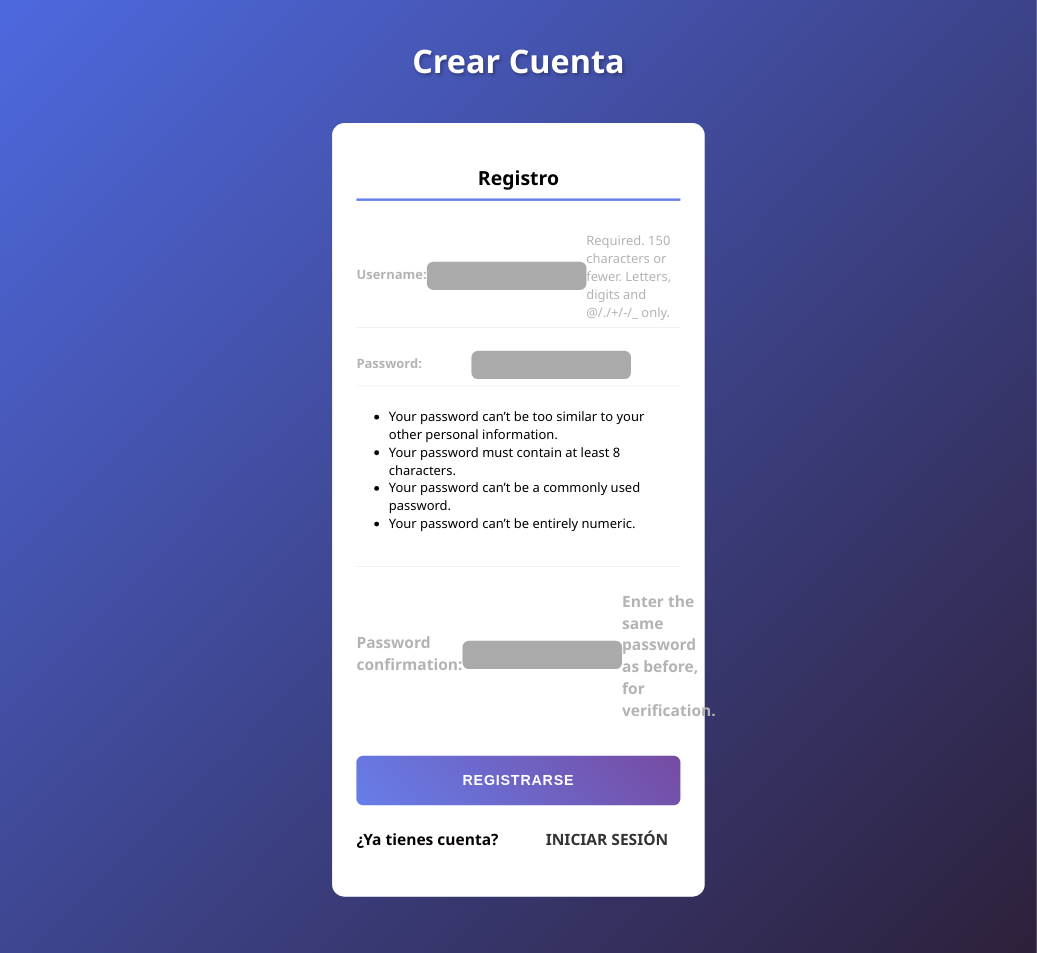
Repository: RoyScc/Practico-Django
Page: http://localhost/register/
An editor plug-in stored every save of this project. The page is shown before and after the next save, followed by the edit.
The browser window is 1280 px wide. The pictures show the whole page, at 81% of full size.
The page is served by the project's application, run on Django 5.2 (manage.py). Other server files are loaded and not shown.

Above is the page before, as saved 2026-05-27 09:46:33.

### tickets/templates/tickets/register.html
{% extends 'tickets/base.html' %}

{% block title %} Registro {% endblock %}

{% block body %}
{{ form.errors }}

<h1>Crear Cuenta</h1>
<div class="register-container">

    <h2 class="h3">Registro</h2>

    <form method="POST">

        {% csrf_token %}

        <div class="form-group">
           {{ form.as_p }}
        </div>

        <button type="submit">
            Registrarse
        </button>

    </form>

    <p class="pcartelera">
        ¿Ya tienes cuenta?
        <a href="{% url 'login' %}">
            Iniciar sesión
        </a>
    </p>


</div>

{% endblock %}

### tickets/templates/tickets/base.html
{% load static %}

<!DOCTYPE html>
<html lang="es">
<head>
    <meta charset="UTF-8">
    <meta name="viewport" content="width=device-width, initial-scale=1.0">

    <link rel="stylesheet" href="{% static 'tickets/styles.css' %}">

    <link rel="icon" href="{% static 'tickets/images/cine.png' %}" type="image/png">

    <title>{% block title %}Tickets{% endblock %}</title>
</head>

<body>

    <!-- NAVBAR -->
    {% if not hide_nav %}
    <nav class="navbar2">

        <!-- SIEMPRE visible -->
        <a href="{% url 'cine' %}">
            Cine
        </a>

        <!-- SOLO USUARIO LOGUEADO -->
        {% if user.is_authenticated %}

            <a href="{% url 'lista_metodos' %}">
                Métodos
            </a>

            <a href="{% url 'crear_metodo_pago' %}">
                Crear método de pago
            </a>

            <a href="{% url 'logout' %}">
                Cerrar sesión
            </a>

        {% else %}

            <a href="{% url 'login' %}">
                Login
            </a>

            <a href="{% url 'register' %}">
                Registro
            </a>

        {% endif %}

    </nav>
    {% endif %}

    <!-- CONTENIDO -->
    <main>
        {% block body %}
        {% endblock %}
    </main>

</body>
</html>

### tickets/forms.py
from django import forms
from django.shortcuts import render, redirect
from django.contrib.auth import login
from .models import MetodoPago

from django.contrib.auth.forms import UserCreationForm
from django.contrib.auth.models import User

def register_view(request):

    if request.method == "POST":
        form = RegistroForm(request.POST)

        if form.is_valid():
            user = form.save()   # crea usuario
            login(request, user) # lo loguea
            return redirect("index")

    else:
        form = RegistroForm()

    return render(request, "tickets/register.html", {
        "form": form,
        "hide_nav": True
    })
class RegistroForm(UserCreationForm):
    class Meta:
        model = User
        fields = ['username', 'password1', 'password2']

class MetodoPagoForm(forms.ModelForm):
    class Meta:
        model = MetodoPago
        fields = ['nombre', 'tipo', 'banco']

### tickets/views.py
from django.shortcuts import render, redirect
from .models import Tickets, MetodoPago
from .forms import MetodoPagoForm
from django.contrib.auth.decorators import login_required
from django.contrib.auth import login, logout
from django.contrib.auth.forms import AuthenticationForm
from django.contrib.auth import authenticate
from .forms import RegistroForm

# Create your views here.

# def index(request):
#     tickets = Tickets.objects.filter(tipo="cine")
#     return render(request, 'tickets/index.html', {'tickets': tickets})
@login_required
def cine(request):
    tickets = Tickets.objects.filter(tipo__icontains="cine")
    return render(request, 'tickets/cine.html', {'tickets': tickets})

@login_required
def tickets(request):
    todos_los_tickets = Tickets.objects.all()
    return render(request, 'tickets/todos_los_tickets.html', {'tickets': todos_los_tickets})

@login_required
def crear_metodo_pago(request):
    if request.method == 'POST':
        form = MetodoPagoForm(request.POST)
        if form.is_valid():
            form.save()
            return redirect('lista_metodos')
    else:
        form = MetodoPagoForm()
    return render(request, 'tickets/crear_metodo_pago.html', {'form': form})

from django.shortcuts import get_object_or_404

@login_required
def lista_metodos_pago(request):
    metodos = MetodoPago.objects.all()
    return render(request, 'tickets/lista_metodos.html', {'metodos': metodos})

@login_required
def editar_metodo(request, id):
    metodo = get_object_or_404(MetodoPago, id=id)
    if request.method == 'POST':
        form = MetodoPagoForm(request.POST, instance=metodo)
        if form.is_valid():
            form.save()
            return redirect('lista_metodos')
    else:
        form = MetodoPagoForm(instance=metodo)
    return render(request, 'tickets/crear_metodo_pago.html', {'form': form})

@login_required
def borrar_metodo(request, id):
    metodo = get_object_or_404(MetodoPago, id=id)
    if request.method == 'POST':
        metodo.delete()
        return redirect('lista_metodos')
    return render(request, 'tickets/borrar_metodo.html', {'metodo': metodo})

#Registro de usuarios
def register_view(request):
    if request.method == 'POST':
        form = RegistroForm(request.POST)

        if form.is_valid():
            user = form.save()
            login(request, user)
            return redirect('cine')

    else:
        form = RegistroForm()

    return render(request, 'tickets/register.html', {
        'form': form,
        'hide_nav': True
    })


#Login de usuarios
def login_view(request):

    if request.method == 'POST':
        form = AuthenticationForm(data=request.POST)

        if form.is_valid():
            user = form.get_user()
            login(request, user)
            return redirect('index')

    else:
        form = AuthenticationForm()

    return render(request, 'tickets/login.html', {
        'form': form,
        'hide_nav': True
    })


# LOGOUT
def logout_view(request):
    logout(request)
    return redirect('login')

### TicketERA/urls.py
"""
URL configuration for TicketERA project.

The `urlpatterns` list routes URLs to views. For more information please see:
    https://docs.djangoproject.com/en/6.0/topics/http/urls/
Examples:
Function views
    1. Add an import:  from my_app import views
    2. Add a URL to urlpatterns:  path('', views.home, name='home')
Class-based views
    1. Add an import:  from other_app.views import Home
    2. Add a URL to urlpatterns:  path('', Home.as_view(), name='home')
Including another URLconf
    1. Import the include() function: from django.urls import include, path
    2. Add a URL to urlpatterns:  path('blog/', include('blog.urls'))
"""
from django.contrib import admin
from django.urls import path, include

urlpatterns = [
    path('admin/', admin.site.urls),
    path('', include("tickets.urls"))
]

### tickets/urls.py
from django.urls import path, include

from . import views

urlpatterns = [
    #path('', views.index, name="index"),
    path('login/', views.login_view, name='login'),
    path('register/', views.register_view, name='register'),
    path('logout/', views.logout_view, name='logout'),
    path('cine/', views.cine, name="cine"),
    path('tickets/', views.tickets, name="tickets"),
    path('metodos/', views.lista_metodos_pago, name="lista_metodos"),
    path('metodos/crear', views.crear_metodo_pago, name="crear_metodo_pago"),
    path('metodos/editar/<int:id>/', views.editar_metodo, name="editar_metodo"),
    path('metodos/borrar/<int:id>/', views.borrar_metodo, name="borrar_metodo"),

]

### tickets/static/tickets/styles.css
/* Estilos generales para la página */
body {
    font-family: 'Segoe UI', Tahoma, sans-serif;
    background: linear-gradient(135deg, #4e69df 0%, #2d203a 100%);
    min-height: 100vh;
    margin: 0;
    padding: 20px;
    gap: 20px;
    display: flex;
    flex-direction: column;
    box-sizing: border-box;
    flex: 1;
}

nav{
    justify-content: space-around;
    background: white;
    opacity: 0.95;
    margin: 0;
    padding: 10px 20px;
    border-radius: 10px;

}

.navbar {
    display: flex;
    justify-content: flex-end;
    align-items: center;
}

a {
    display: inline-block;
    color: #333;
    text-decoration: none;
    font-weight: bold;
    padding: 10px 15px;
    border-radius: 5px;
    transition: background 0.3s ease;
    text-transform: uppercase;
    /*background: #686666;*/
}

a:hover {
    background: #667eea;
    color: white;
}


h1, h4 {
    color: white;
    text-align: center;
    margin-bottom: 30px;
    text-shadow: 2px 2px 4px rgba(0,0,0,0.3);
}

h1 {
    font-size: 2.5rem;
    margin-bottom: 10px;
}

h4 {
    font-size: 1.2rem;
    opacity: 0.9;
}

.cartelera {
    display: flex;
    flex-wrap: wrap;
    justify-content: center;
    gap: 40px;
    padding: 30px;
}
.ticket-item {
    background: white;
    border-radius: 15px;
    padding: 20px;

    display: flex;
    flex-direction: column;
    justify-content: space-between;

    width: 320px;
    min-height: 500px;

    box-shadow: 0 10px 30px rgba(0,0,0,0.2);

    transition: transform 0.3s ease;
}

.ticket-item2 {
    background: white;
    border-radius: 15px;
    padding: 20px;

    display: flex;
    flex-direction: column;
    justify-content: space-between;

    width: 320px;

    box-shadow: 0 10px 30px rgba(0,0,0,0.2);

    transition: transform 0.3s ease;
}

.ticket-item:hover {
    transform: translateY(-5px);
}

.ticket-item a {
    display: inline-block;
    margin-top: 10px;
}

.form {
    display: block;
    margin-top: 0em;
    unicode-bidi: isolate;
}

/* Tablet
@media (max-width: 768px) {
    .cartelera {
        gap: 15px;
        padding: 15px;
    }
}*/

/* Mobile
@media (max-width: 480px) {
    .cartelera {
        gap: 10px;
        padding: 10px;
    }

    .ticket-item {
        width: 100%;
        max-width: 300px;
    }
}*/

h3 {
    color: #fdfdfd;
    font-size: 1.5rem;
    margin-bottom: 20px;
    text-align: center;
    border-bottom: 3px solid #667eea;
    padding-bottom: 10px;
}

.h3 {
    color: #000000;
    font-size: 1.5rem;
    margin-bottom: 20px;
    text-align: center;
    border-bottom: 3px solid #667eea;
    padding-bottom: 10px;
}

p {
    color: #b3b3b3;
    font-size: 1rem;
    margin: 10px 0;
    padding: 8px 0;
    border-bottom: 1px solid #eee;
    display: flex;
    justify-content: space-between;
    align-items: center;
}

p:last-of-type {
    border-bottom: none;
    font-weight: bold;

    font-size: 1.2rem;
}

.pcartelera {
    color: #070202;
    font-size: 1rem;
    margin: 10px 0;
    padding: 8px 0;
    border-bottom: 1px solid #eee;
    display: flex;
    justify-content: space-between;
    align-items: center;
}

button {
    width: 100%;
    background: linear-gradient(45deg, #667eea, #764ba2);
    color: white;
    border: none;
    padding: 20px 20px;
    font-size: 1.1rem;
    font-weight: bold;
    border-radius: 8px;
    cursor: pointer;
    margin-top: 20px;
    transition: all 0.3s ease;
    text-transform: uppercase;
    letter-spacing: 1px;
}

button:hover {
    background: linear-gradient(45deg, #5a6fd8, #6a4190);
    transform: scale(1.05);
    box-shadow: 0 5px 15px rgba(102, 126, 234, 0.4);
}

.button {
    width: 100%;
    background: linear-gradient(45deg, #667eea, #764ba2);
    color: white;
    border: none;
    padding: 20px 5px;
    font-size: 1.1rem;
    font-weight: bold;
    border-radius: 8px;
    text-align: center;
    cursor: pointer;
    margin-top: 10px;
    transition: all 0.3s ease;
    text-transform: uppercase;
    letter-spacing: 1px;
}

.button:hover {
    background: linear-gradient(45deg, #5a6fd8, #6a4190);
    transform: scale(1.05);
    box-shadow: 0 5px 15px rgba(102, 126, 234, 0.4);
}


.ticket {
    margin-bottom: 20px;
    padding: 20px;
    border-radius: 10px;
    box-shadow: 0 5px 15px rgba(0,0,0,0.1);
    space
}

button:active {
    transform: scale(0.98);
}

.fecha-icon::before {
content: '📅 ';
margin-right: 8px;
font-weight: bold;
}

.ubicacion-icon::before {
    content: '📍';
    margin-right: 8px;
    font-weight: bold;
}

.precio-icon::before {
    content: '💵 ';
    margin-right: 8px;
    font-weight: bold;
}

/* Estilos para la sección de Login y Register */
.login-container {
    width: 400px;
    margin: 50px auto;
    padding: 30px;
    border-radius: 15px;
    background-color: #ffffff;
    color: rgb(0, 0, 0);
}
.login-container h2 {
    text-align: center;
    margin-top: 0px;
    margin-bottom: 0px;
    color: #333;
}

/*----------------------*/
.register-container {
    width: 400px;
    margin: 50px auto;
    padding: 30px;
    border-radius: 15px;
    background-color: #ffffff;
    color: rgb(0, 0, 0);
}

.form-group {
    display: flex;
    flex-direction: column;
    margin-bottom: 15px;
}

.form-group label {
    margin-bottom: 5px;
    font-weight: bold;
}

.form-group input {
    padding: 10px;
    border-radius: 8px;
    border: none;
    outline: none;
    background-color: #aaaaaa;
}

.register-container button {
    width: 100%;
    margin-top: 10px;
}

/*
.carousel {
    display: flex;
    gap: 20px;
    overflow-x: auto;
    padding: 20px;
    scroll-behavior: smooth;
}

.carousel::-webkit-scrollbar {
    height: 10px;
}

.carousel::-webkit-scrollbar-thumb {
    background: #667eea;
    border-radius: 10px;
}

.ticket-item {
    min-width: 250px;
    background: white;
    border-radius: 15px;
    padding: 15px;
    flex-shrink: 0;
    box-shadow: 0 4px 10px rgba(0,0,0,0.1);
    text-align: center;
}

.ticket-img {
    width: 100%;
    height: 300px;
    object-fit: cover;
    border-radius: 10px;
}

.ticket-empty {
    text-align: center;
    padding: 50px;
}*/

After the next save:
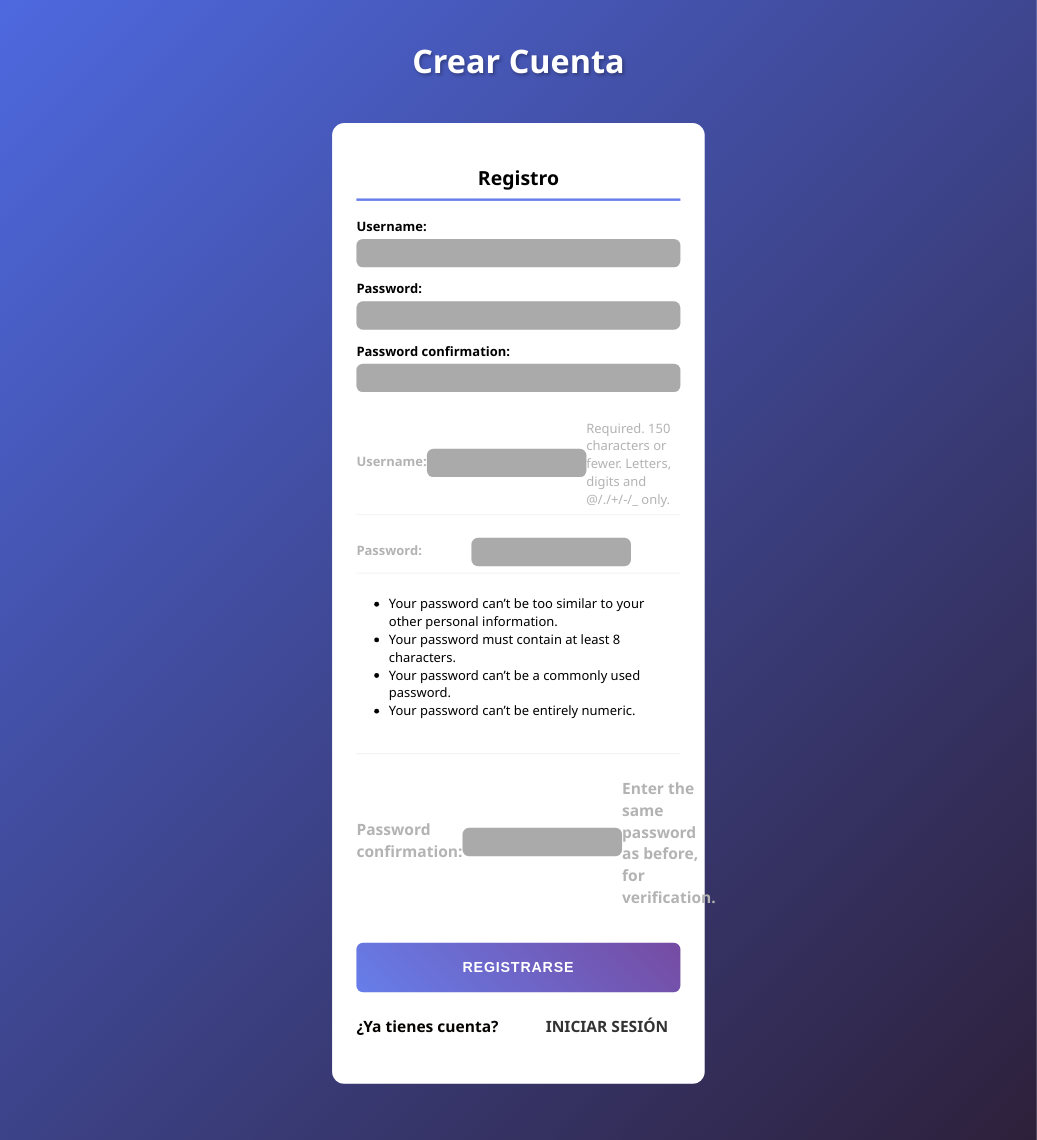
Saved 71 s later.
--- a/tickets/templates/tickets/register.html
+++ b/tickets/templates/tickets/register.html
@@ -13,6 +13,21 @@
     <form method="POST">
 
         {% csrf_token %}
+
+        <div class="form-group">
+           {{ form.username.label_tag }}
+            {{ form.username }}
+        </div>
+
+        <div class="form-group">
+           {{ form.password1.label_tag }}
+        {{ form.password1 }}
+        </div>
+
+        <div class="form-group">
+           {{ form.password2.label_tag }}
+            {{ form.password2 }}
+        </div>
 
         <div class="form-group">
            {{ form.as_p }}
